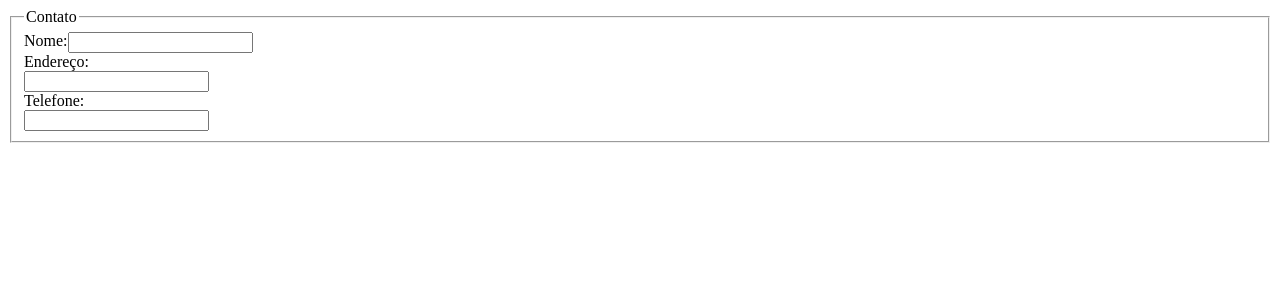
Repository: daniloserafim/trilha-backend-senai
Page: exemploServlet/WebContent/contato.html
These files come from the project's save history. The page is drawn as it stood at one moment and after the next save; the edit follows.
The browser window is 1280 px wide. The pictures show the whole page.

Above is the page before, as saved 2022-05-31 22:18:48.

After the next save:
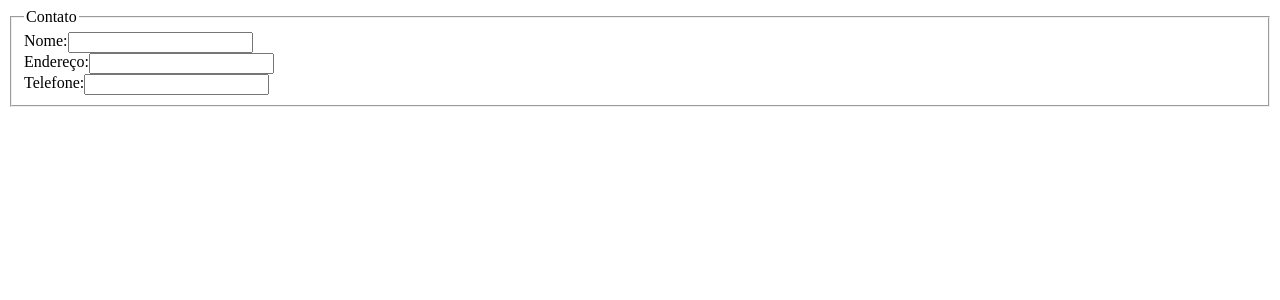
Saved 25 s later.
--- a/exemploServlet/WebContent/contato.html
+++ b/exemploServlet/WebContent/contato.html
@@ -17,7 +17,7 @@
 						<input>
 					</div>
 				</div>
-				<div class="endereco-box">
+				<div class="endereco-box" style="display: flex; flex-direction: row;">
 					<div class="endereco-title">
 						<label>Endereço:</label>
 					</div>
@@ -25,7 +25,7 @@
 						<input>
 					</div>
 				</div>
-				<div class="telefone-box">
+				<div class="telefone-box" style="display: flex; flex-direction: row;">
 					<div class="telefone-title">
 						<label>Telefone:</label>
 					</div>
